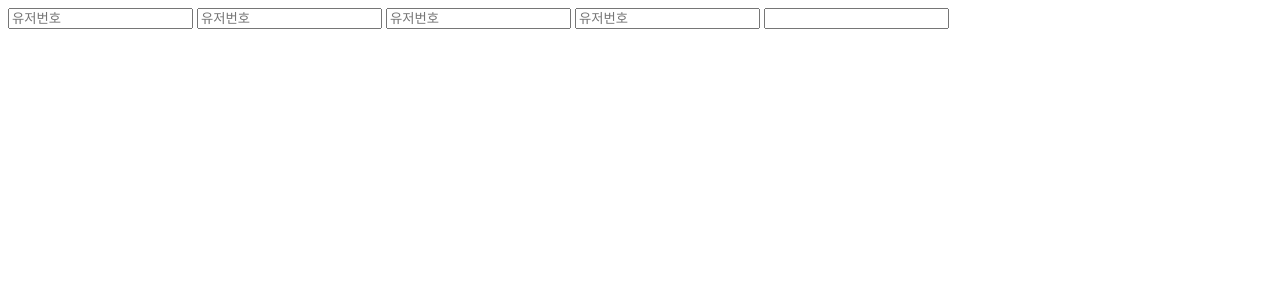
Repository: poiup/Spring
Page: http://localhost/SpringBasic/userInfo
An editor plug-in stored every save of this project. The page is shown before and after the next save, followed by the edit.
The browser window is 1280 px wide. The pictures show the whole page.
The page is served by Tomcat 9.

Above is the page before, as saved 2022-03-31 05:45:59.

After the next save:
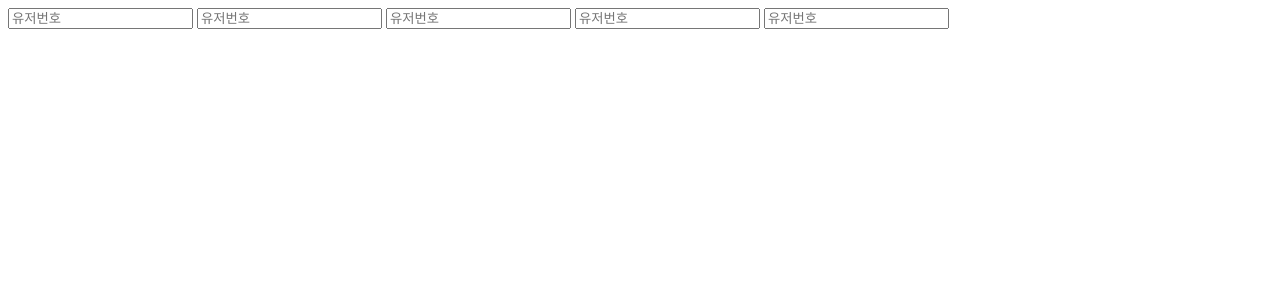
Saved 10 s later.
--- a/SpringBasic/src/main/webapp/WEB-INF/views/userform.jsp
+++ b/SpringBasic/src/main/webapp/WEB-INF/views/userform.jsp
@@ -12,7 +12,7 @@
 		<input type="text" name="userId" placeholder="유저번호">
 		<input type="password" name="userPw" placeholder="유저번호">
 		<input type="text" name="userName" placeholder="유저번호">
-		<input type="number" name="userAge placeholder="유저번호">
+		<input type="number" name="userAge" placeholder="유저번호">
 	</form>
 </body>
 </html>
